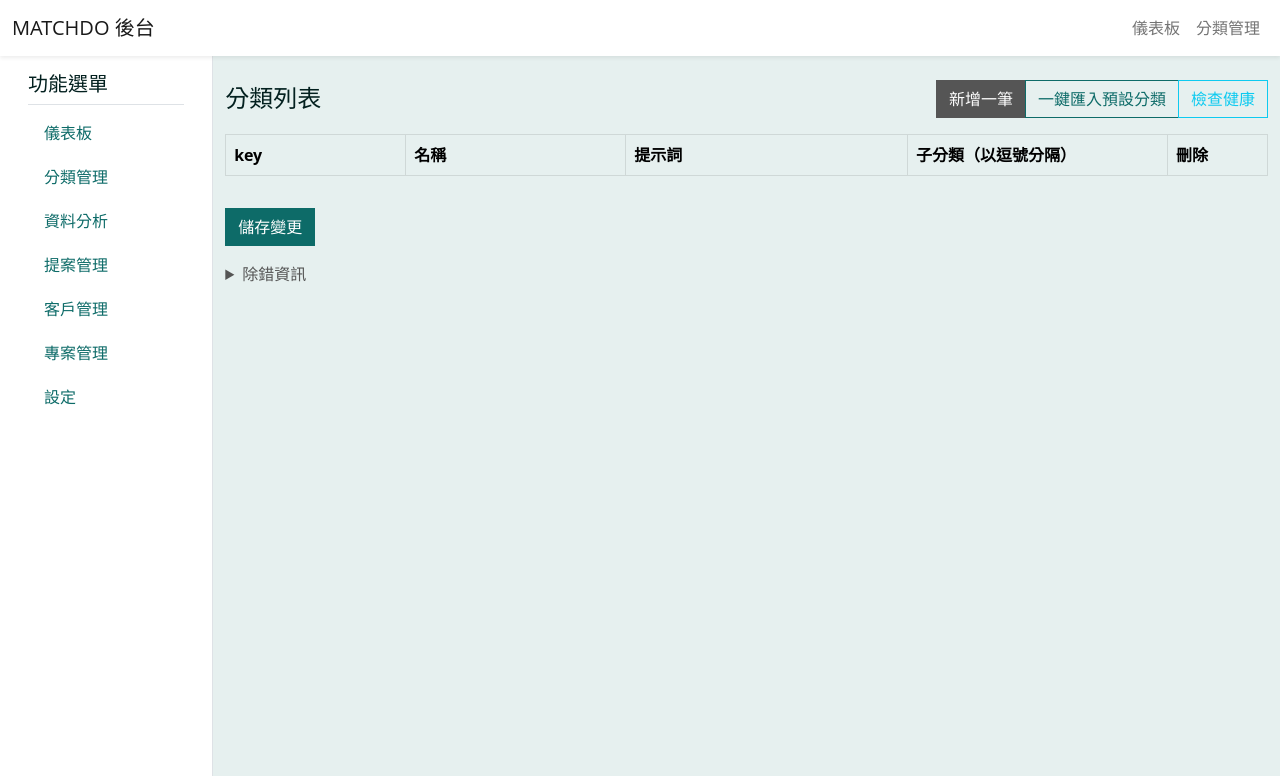
Repository: taskmatching-stack/matchdo
Page: public/admin/categories.html
An editor plug-in stored every save of this project. The page is shown before and after the next save, followed by the edit.
The browser window is 1280 px wide. The pictures show the whole page.
The page's requests for data from a server got no answer.

Above is the page before, as saved 2026-02-04 23:58:58.

After the next save:
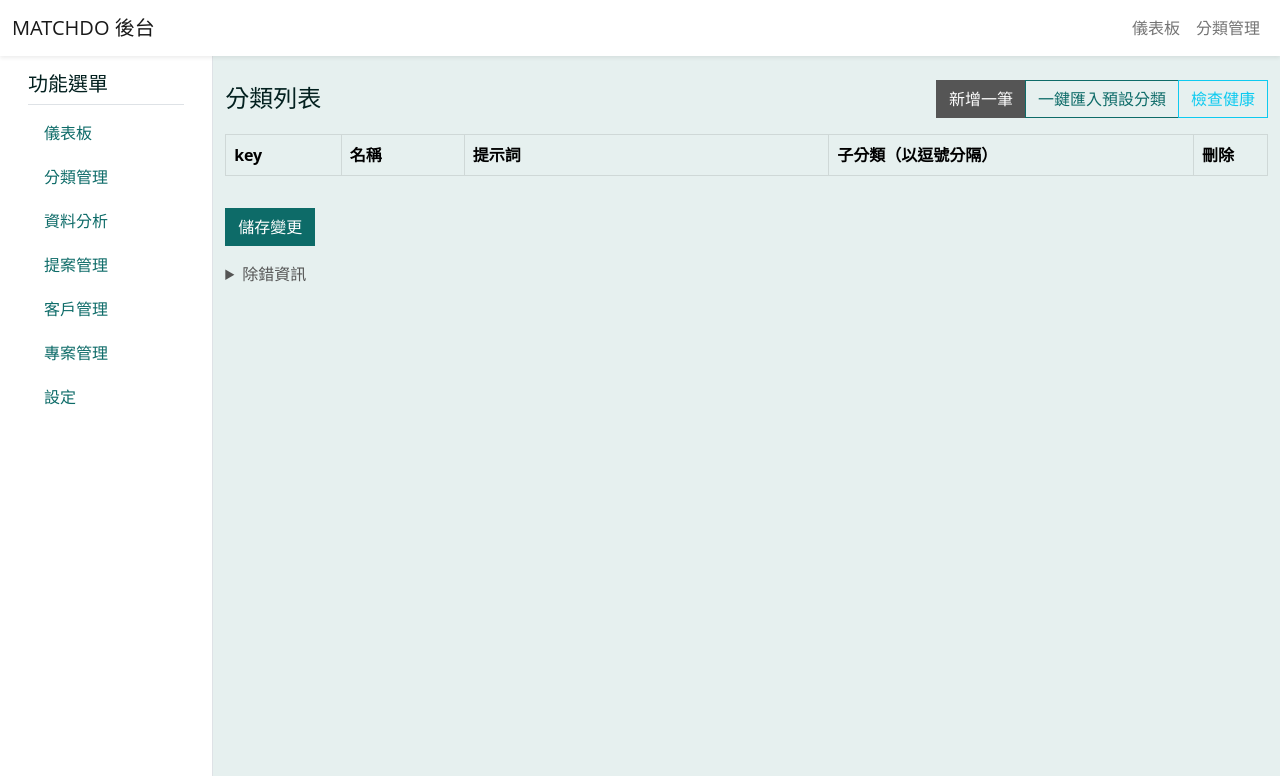
Saved 3 min 28 s later.
--- a/public/admin/categories.html
+++ b/public/admin/categories.html
@@ -24,14 +24,18 @@
           </div>
         </div>
 
+        <div id="dataSourceIndicator" class="alert alert-info mb-3" style="display:none;">
+          <strong>數據來源：</strong><span id="dataSourceText"></span>
+        </div>
+
         <div class="table-responsive">
           <table class="table table-bordered" id="catTable">
             <thead class="table-light">
               <tr>
-                <th style="width:180px;">key</th>
-                <th style="width:220px;">名稱</th>
-                <th>提示詞</th>
-                <th style="width:260px;">子分類（以逗號分隔）</th>
+                <th style="width:160px;">key</th>
+                <th style="width:180px;">名稱</th>
+                <th style="width:35%;">提示詞</th>
+                <th style="width:35%;">子分類（以逗號分隔）</th>
                 <th style="width:100px;">刪除</th>
               </tr>
             </thead>
@@ -59,6 +63,26 @@
       const res = await fetch('/api/categories');
       const data = await res.json();
       const list = Array.isArray(data.categories) ? data.categories : [];
+
+      // 顯示數據來源
+      const indicator = document.getElementById('dataSourceIndicator');
+      const sourceText = document.getElementById('dataSourceText');
+      if (data.via) {
+        indicator.style.display = 'block';
+        if (data.via === 'postgrest') {
+          indicator.className = 'alert alert-success mb-3';
+          sourceText.textContent = '✓ Supabase 資料庫（REST API）';
+        } else if (data.via === 'db-direct') {
+          indicator.className = 'alert alert-success mb-3';
+          sourceText.textContent = '✓ Supabase 資料庫（直連）';
+        } else if (data.via === 'local-only') {
+          indicator.className = 'alert alert-warning mb-3';
+          sourceText.textContent = '⚠ 本地預設分類（資料庫連線異常）';
+        }
+      } else {
+        indicator.style.display = 'none';
+      }
+
       const tbody = document.querySelector('#catTable tbody');
       tbody.innerHTML = '';
       list.forEach(cat => {
@@ -70,7 +94,7 @@
           <td><input class="form-control" value="${cat.key || ''}" /></td>
           <td><input class="form-control" value="${cat.name || ''}" /></td>
           <td><textarea class="form-control" rows="3">${cat.prompt || ''}</textarea></td>
-          <td><input class="form-control" value="${subsStr}" /></td>
+          <td><textarea class="form-control" rows="4">${subsStr}</textarea></td>
           <td><button class="btn btn-sm btn-danger del">刪除</button></td>
         `;
         tbody.appendChild(tr);
@@ -89,7 +113,7 @@
           <td><input class="form-control" /></td>
           <td><input class="form-control" /></td>
           <td><textarea class="form-control" rows="3"></textarea></td>
-          <td><input class="form-control" /></td>
+          <td><textarea class="form-control" rows="4"></textarea></td>
           <td><button class="btn btn-sm btn-danger del">刪除</button></td>
         `;
         document.querySelector('#catTable tbody').appendChild(tr);
